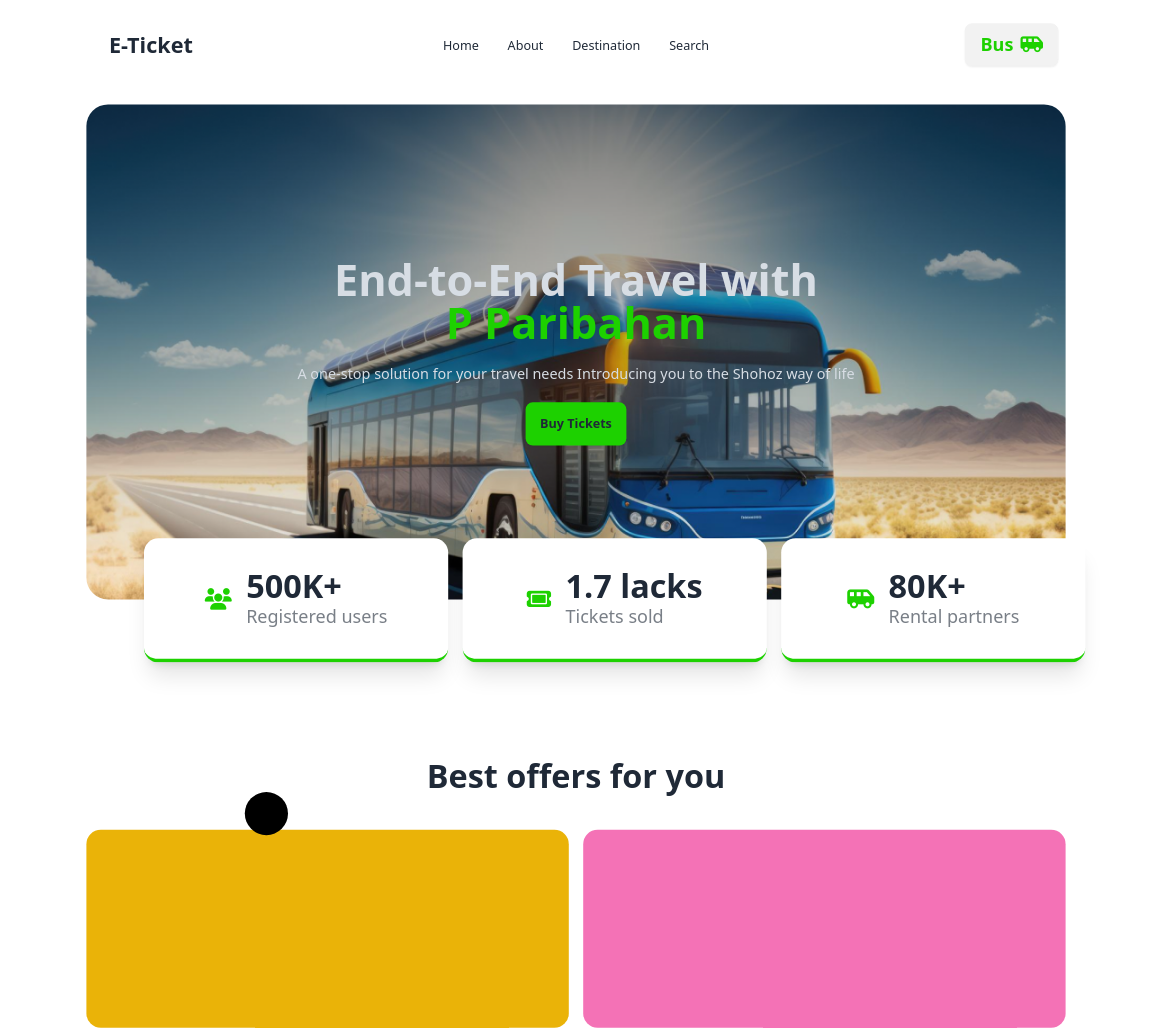
Repository: RudrasahaDibos/Smart-ticketing
Page: index.html
An editor plug-in stored every save of this project. The page is shown before and after a run of saves, followed by the edit.
The browser window is 1280 px wide. The pictures show the whole page, at 90% of full size.
Some web fonts or font styles are not loaded; a fallback is used. Some web libraries are served in a nearby version.

Above is the page before, as saved 2024-11-10 01:13:22.

After the next 2 saves:
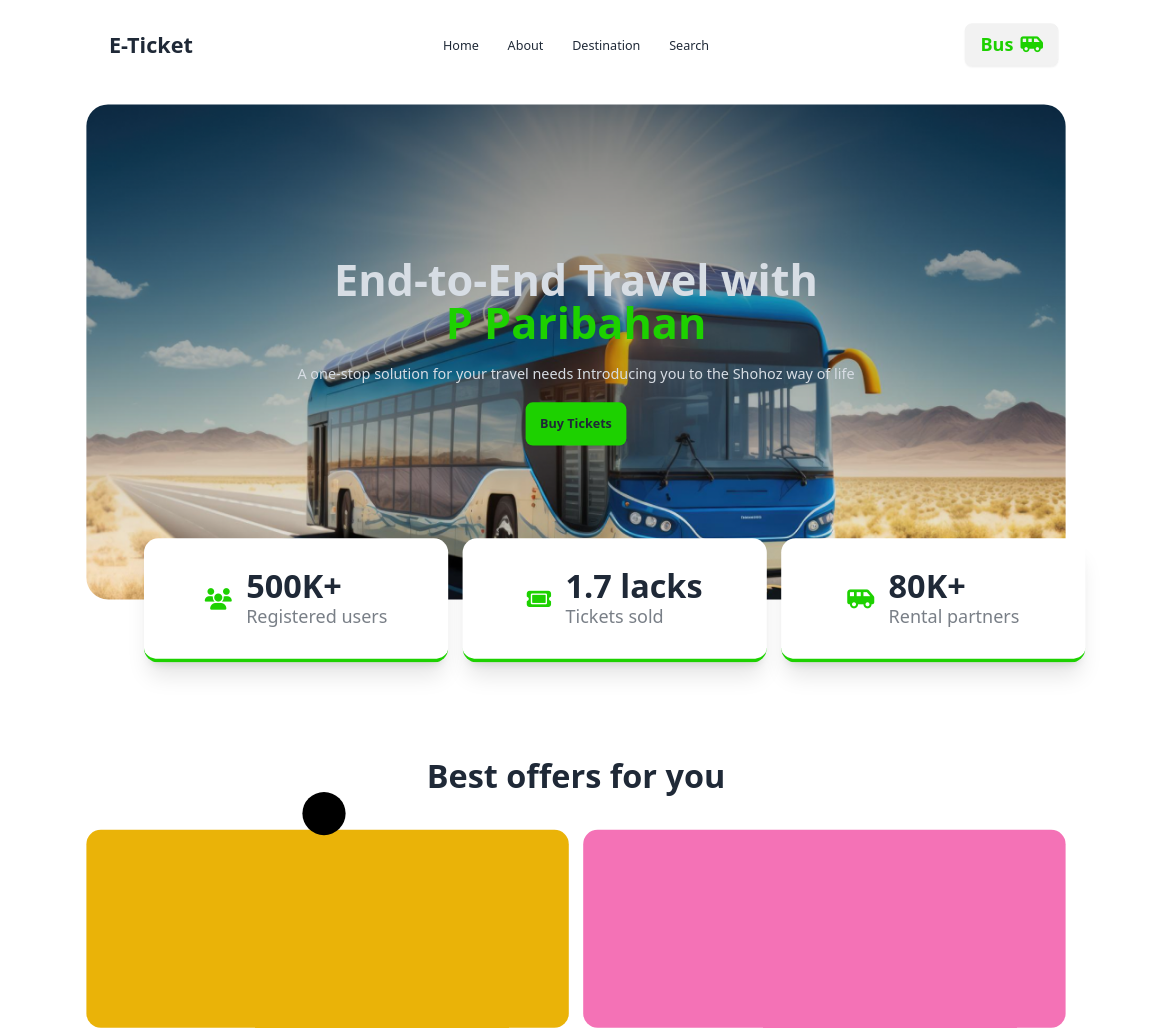
The 2 saves are shown as one change because they came seconds apart.
The last was saved 7 s later.
--- a/index.html
+++ b/index.html
@@ -156,7 +156,7 @@
 
                                 <div class="flex gap-4 mt-10">
                                     <div class="bg-yellow-500  w-[573px] h-[220px] rounded-2xl">
-                                               <p class="bg-black w-[48px] h-[48px] absolute mx-auto rounded-full  -bottom-52 ml-44 "></p>
+                                               <p class="bg-black w-[48px] h-[48px] absolute mx-auto rounded-full  -bottom-52 ml-60 "></p>
                                     </div>
                                     <div class="bg-pink-400   w-[573px] h-[220px] rounded-2xl">
 
